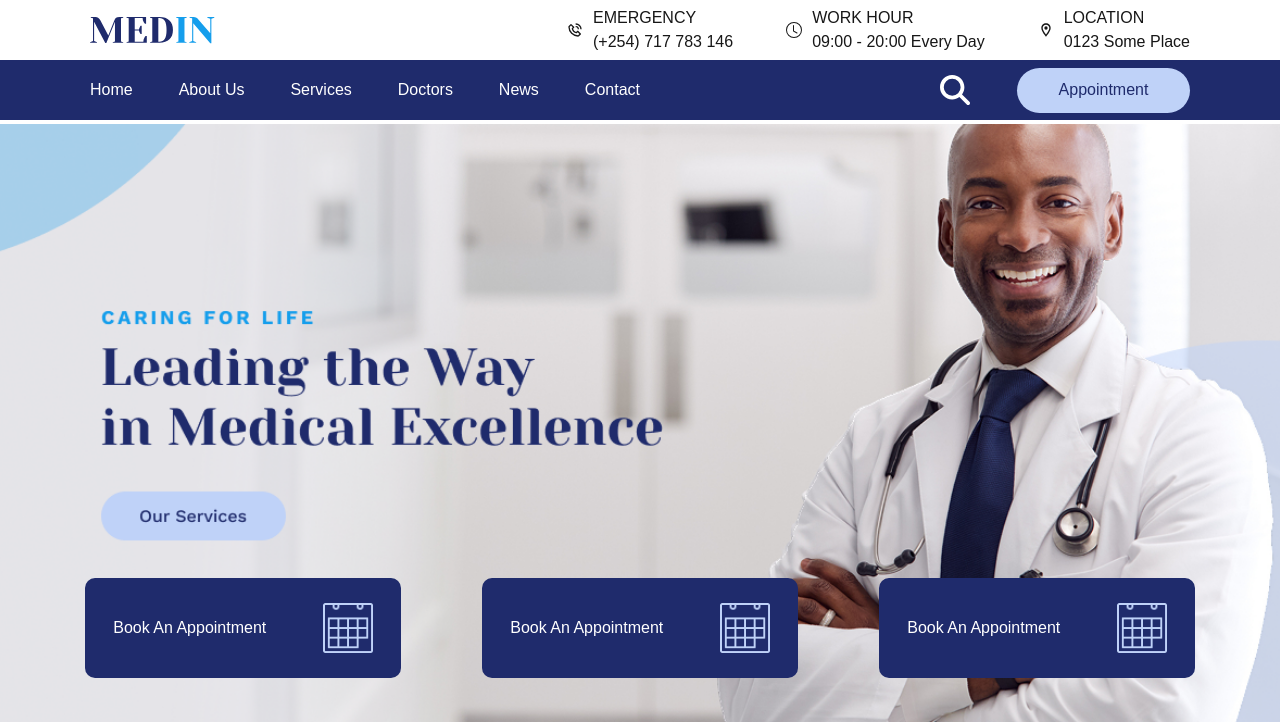
Repository: SynHK3/Poc_Hospital
Page: /home (app in fe_hospital/)
An editor plug-in stored every save of this project. The page is shown before and after the next save, followed by the edit.
The browser window is 1280 px wide. The pictures show the whole page.
The project was rebuilt for these pictures with package versions that can differ from the ones it lists, and the page was loaded fresh each time. The framework's server and built-in components were replaced by stand-ins that run in the browser. Also part of the build but not shown: fe_hospital/next.config.ts.

Above is the page before, as saved 2025-09-02 14:40:19.

After the next save:
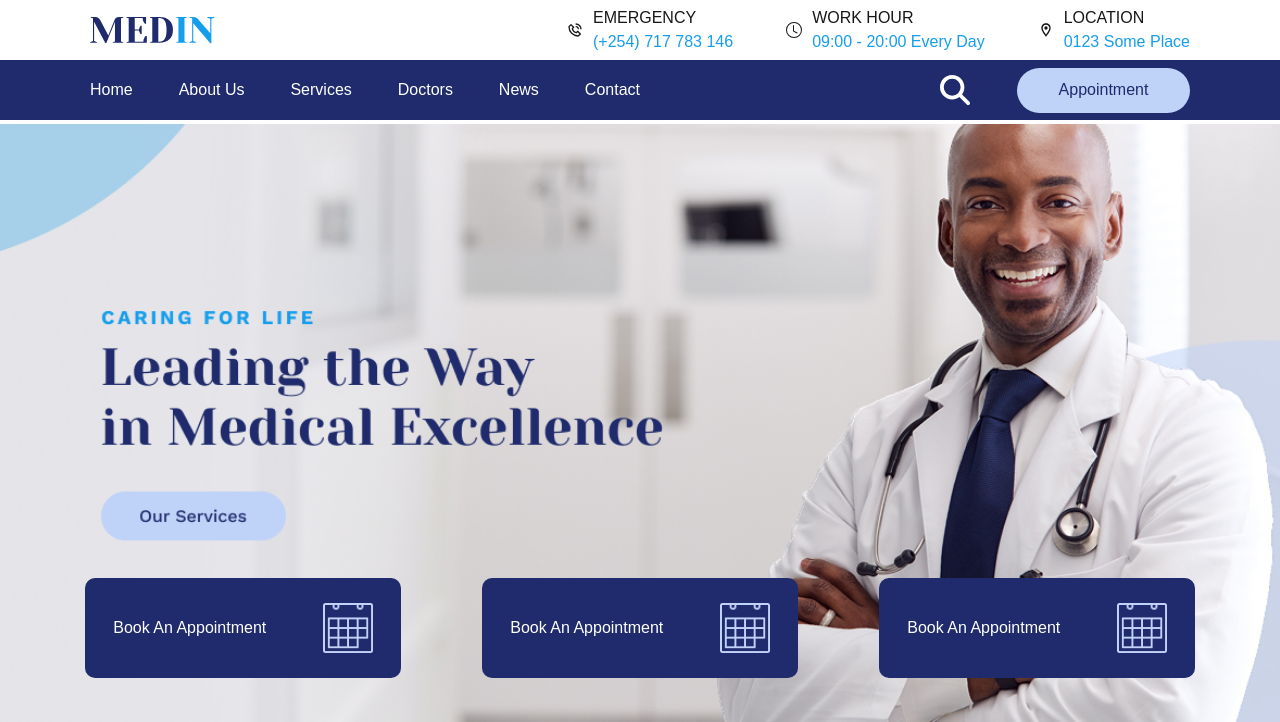
Saved 10 s later.
--- a/fe_hospital/src/components/header/header.css
+++ b/fe_hospital/src/components/header/header.css
@@ -23,8 +23,8 @@
   justify-content: space-between;
 }
 
-.header__headline--info--desc > h5{
-    color: ;
+.header__headline--info--desc > h5 {
+  color: #159eec;
 }
 
 .header__headline--info--item {
